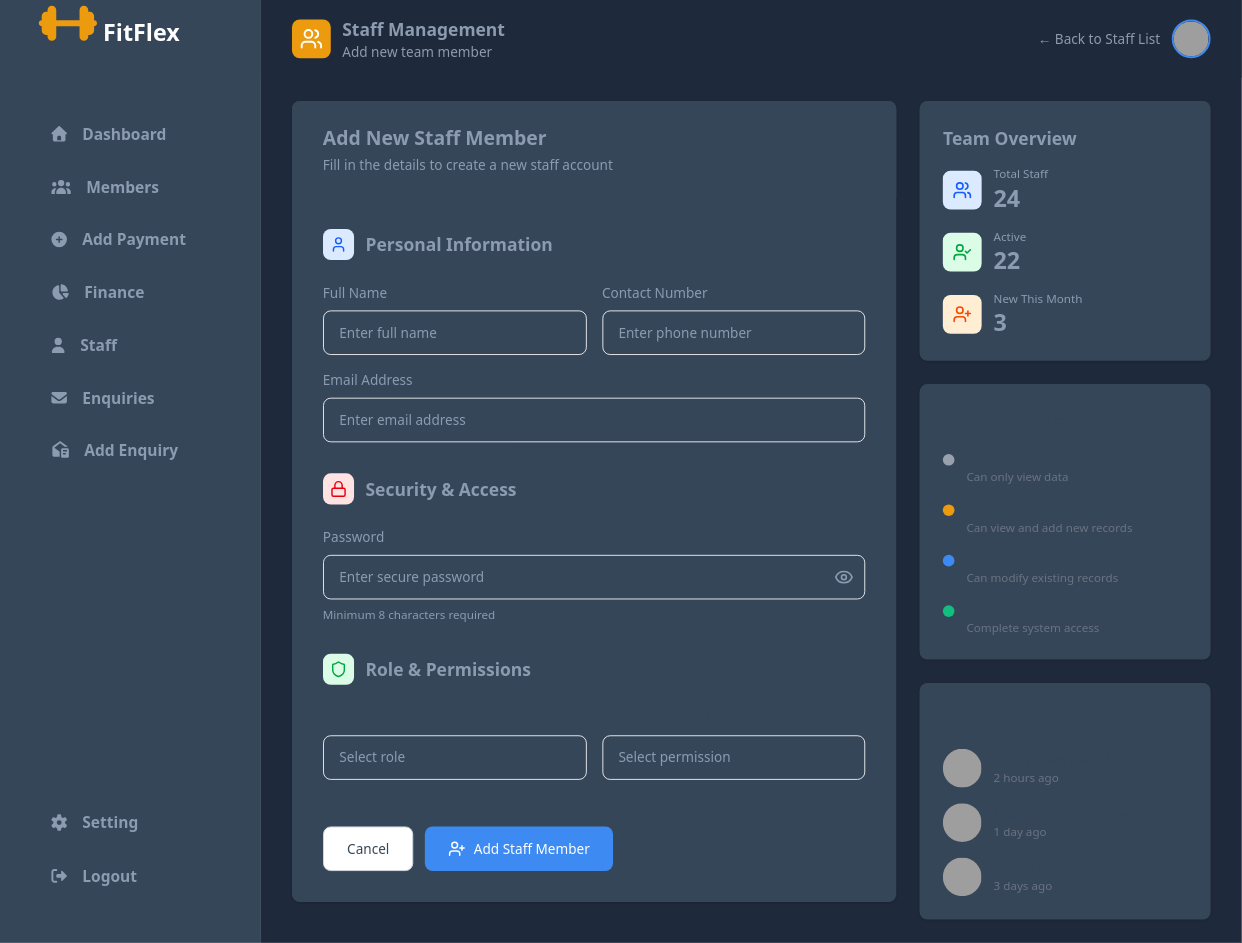
Repository: MuhammadTalhaTaj/gym_management_app_backend
Page: /addstaff (app in frontend/)
These files come from the project's save history. The page is drawn as it stood at one moment and after a run of saves; the edit follows.
The browser window is 1280 px wide. The pictures show the whole page, at 97% of full size.
Pictures or frames that could not be fetched are drawn as grey boxes. The project was rebuilt for these pictures with package versions that can differ from the ones it lists, and the page was loaded fresh each time. Also part of the build but not shown: frontend/vite.config.ts, frontend/src/assets/styles/AdminHeader.css, frontend/src/Components/AdminHeader.tsx, frontend/src/assets/styles/AdminDashboard.css, frontend/src/hooks/useDashboardData.ts, frontend/src/assets/styles/AdminDashboardStats.css, frontend/src/Components/AdminDashboardStats.tsx, frontend/src/Components/IncomeExpenseChart.tsx and 31 more.

Above is the page before, as saved 2025-11-21 10:46:51.

After the next 3 saves:
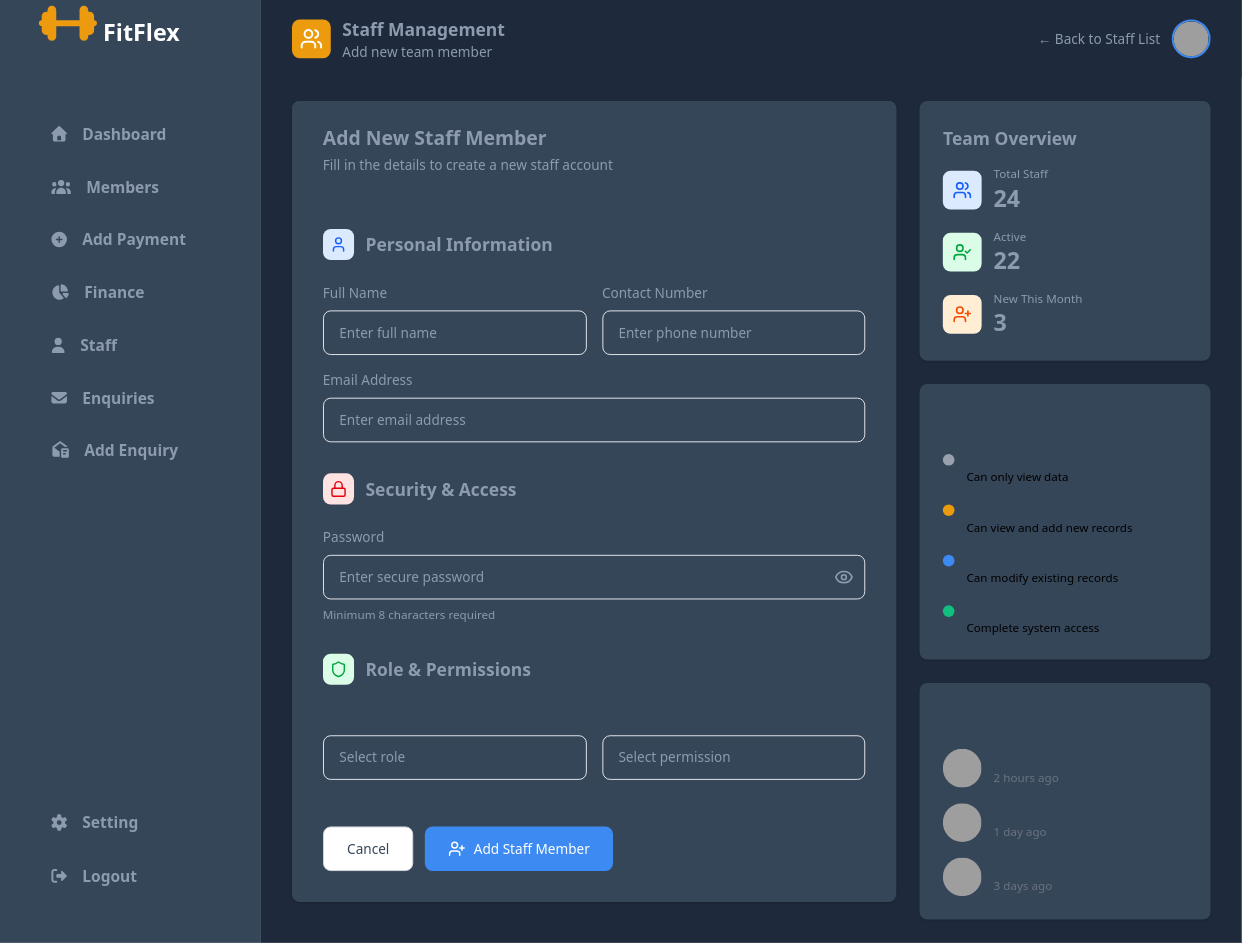
The 3 saves are shown as one change because they came seconds apart.
The last was saved 22 s later.
--- a/frontend/src/pages/Admin/AddStaff.tsx
+++ b/frontend/src/pages/Admin/AddStaff.tsx
@@ -189,7 +189,7 @@ const PermissionItem = ({ permission }) => (
     <div className={`w-3 h-3 rounded-full ${permission.color} mt-1`}></div>
     <div className="flex-1">
       <p className="text-sm font-semibold text-[var(--primary-100)]">{permission.name}</p>
-      <p className="text-xs text-gray-500">{permission.description}</p>
+      <p className="text-xs tt-gray-500ex">{permission.description}</p>
     </div>
   </div>
 );
